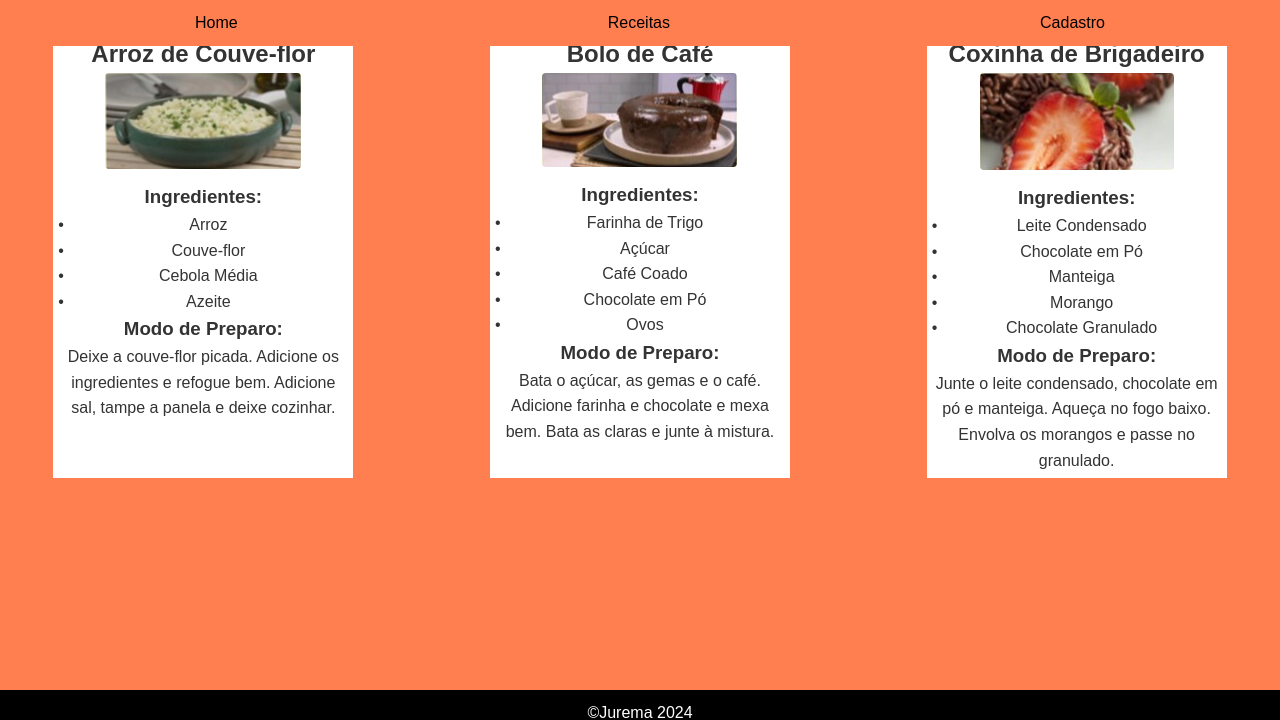
Repository: devropaes/RECEITAS
Page: OneDrive/Área de Trabalho/Estudos/Estácio/receitas/receitas.html
An editor plug-in stored every save of this project. The page is shown before and after the next save, followed by the edit.
The browser window is 1280 px wide. The pictures show the whole page.

Above is the page before, as saved 2024-03-15 17:44:43.

### OneDrive/Área de Trabalho/Estudos/Estácio/receitas/receitas.html
<!DOCTYPE html>
<html lang="pt-br">
<head>
    <meta charset="UTF-8">
    <meta http-equiv="X-UA-Compatible" content="IE=edge">
    <meta name="viewport" content="width=device-width, initial-scale=1.0">
    <link rel="stylesheet" href="formatos.css">
    <link rel="stylesheet" href="receitas.css">
    <title>Receitas</title>
</head>
<body>
  <div class="page-container">
    <header>
        <nav>
            <ul class="navlist">
                <li><a href="home.html">Home</a></li>
                <li><a href="receitas.html">Receitas</a></li>
                <li><a href="cadastro.html">Cadastro</a></li>
           </ul>
        </nav>
    </header>

    <main>
        <section class="receitas-container">
            <!-- Receita 1 -->
            <div class="receita">
                <h2>Arroz de Couve-flor</h2>
                <img src="./assets/arroz.png" alt="Arroz de Couve-flor">
                <h3>Ingredientes:</h3>
                <ul>
                    <li>Arroz</li>
                    <li>Couve-flor</li>
                    <li>Cebola Média</li>
                    <li>Azeite</li>
                </ul>
                <h3>Modo de Preparo:</h3>
                <p>Deixe a couve-flor picada. Adicione os ingredientes e refogue bem. Adicione sal, tampe a panela e deixe cozinhar.</p>
            </div>

            <!-- Receita 2 -->
            <div class="receita">
                <h2>Bolo de Café</h2>
                <img src="./assets/bolo.png" alt="Bolo de Café">
                <h3>Ingredientes:</h3>
                <ul>
                    <li>Farinha de Trigo</li>
                    <li>Açúcar</li>
                    <li>Café Coado</li>
                    <li>Chocolate em Pó</li>
                    <li>Ovos</li>
                </ul>
                <h3>Modo de Preparo:</h3>
                <p>Bata o açúcar, as gemas e o café. Adicione farinha e chocolate e mexa bem. Bata as claras e junte à mistura.</p>
            </div>

            <!-- Receita 3 -->
            <div class="receita">
                <h2>Coxinha de Brigadeiro</h2>
                <img src="./assets/brigadeiro.png" alt="Coxinha de Brigadeiro">
                <h3>Ingredientes:</h3>
                <ul>
                    <li>Leite Condensado</li>
                    <li>Chocolate em Pó</li>
                    <li>Manteiga</li>
                    <li>Morango</li>
                    <li>Chocolate Granulado</li>
                </ul>
                <h3>Modo de Preparo:</h3>
                <p>Junte o leite condensado, chocolate em pó e manteiga. Aqueça no fogo baixo. Envolva os morangos e passe no granulado.</p>
            </div>
        </section>
    </main>

    <footer class="rodape">
        <p>&copy;Jurema 2024 </p>
    </footer>

    <script src="https://code.jquery.com/jquery-3.3.1.slim.min.js" integrity="sha384-q8i/X+965DzO0rT7abK41JStQIAqVgRVzpbzo5smXKp4YfRvH+8abtTE1Pi6jizo" crossorigin="anonymous"></script>
    <script src="https://cdnjs.cloudflare.com/ajax/libs/popper.js/1.14.7/umd/popper.min.js" integrity="sha384-UO2eT0CpHqdSJQ6hJty5KVphtPhzWj9WO1clHTMGa3JDZwrnQq4sF86dIHNDz0W1" crossorigin="anonymous"></script>
    <script src="https://stackpath.bootstrapcdn.com/bootstrap/4.3.1/js/bootstrap.min.js" integrity="sha384-JjSmVgyd0p3pXB1rRibZUAYoIIy6OrQ6VrjIEaFf/nJGzIxFDsf4x0xIM+B07jRM" crossorigin="anonymous"></script>
    <script src="https://cdnjs.cloudflare.com/ajax/libs/select2/4.0.13/js/select2.min.js"></script>

    <script>
        $(document).ready(function() {
            // Aplica o Select2 ao campo de seleção de estados
            $('#estado').select2({
                placeholder: 'Escolher...',
                allowClear: true, // Permite a limpeza da seleção
            });
        });
    </script>
</body>
</html>

### OneDrive/Área de Trabalho/Estudos/Estácio/receitas/formatos.css
:root {
    --cor-primaria: #ff7f50;
    --cor-secundaria: #333;
    --cor-terciaria: #000;
    --cor-hover: #fff;
    --font-primaria: "Arial, Helvetica", sans-serif;
    --font-secundaria: "Krona-One", sans-serif;
}

* {
    margin: 0;
    padding: 0;
    box-sizing: border-box;
}

body {
    background-color: var(--cor-primaria);
    color: var(--cor-secundaria);
    font-family: var(--font-secundaria);
    font-size: 16px;
    line-height: 1.6;
    font-weight: 400;
    text-align: center;
    margin: 5px;
    padding: 5px;
}

.navlist {
    color: var(--cor-hover);
    list-style: none;
    padding: 0;
    display: flex;
    justify-content: space-around;
    max-width: 100%;
}

.navlist li {
    display: flex;
    margin: 10px;
    max-width: 100%;
}

.navlist a {
    text-decoration: none;
    color: var(--cor-terciaria);
    font-family: var(--font-primaria);
    font-size: 1em;
    font-weight: normal;
    margin: 0;
    padding: 0;
}

.logo-container {
    display: flex;
    align-items: center;
    font-size: 1em;
    margin-bottom: 50px;
    margin-top: 80px;
}

.logo {
    width: 70px;
    margin-right: 5px;
}

.receitas__tia__jurema {
    width: 80px;
    font-size: 2.5em;
    margin-bottom: 50px;
    padding: 50px;
    display: contents;
}

.content {
    display: flex;
    flex-direction: column;
    align-items: center;
    justify-content: center;
    text-align: center;
    margin-bottom: 60px;
}

.apresentacao {
    font-size: 1.5em;
    text-align: center;
    padding: 30px;
    width: 80%;
    margin: auto;
}

.apresentacao h2 {
    margin-bottom: 30px;
    padding: 30px;
    text-align: center;
}

header {
    position: fixed;
    top: 0;
    width: 100%;
    margin-top: 0;
    background-color: var(--cor-primaria);
    z-index: 1000;
}

.rodape {
    background-color: var(--cor-terciaria);
    border-color: var(--cor-hover);
    color: var(--cor-hover);
    text-align: center;
    padding: 10px;
    position: fixed;
    border-bottom: var(--cor-hover);
    left: 0;
    bottom: 0;
    width: 100%;
    height: 30px;
    max-width: 100%;
}

### OneDrive/Área de Trabalho/Estudos/Estácio/receitas/receitas.css

.apresentacao__receitas__link {
    display:contents;
    width: 100px;
    padding: 10px;
    align-items: center;
    justify-content: center:
}
.receitas-container {
    display: flex;
    flex-wrap: wrap;
    gap: 50px;
    justify-content:space-around;
    max-height: 1000px;
    overflow: auto;
    margin-top: 20px;
}
.receita {
    background-color:var(--cor-hover);
    padding: 5px;
    width: 300px;
}
.receita img {
    max-width: 100%;
    height: auto;
    border-radius: 4px;
    margin-bottom: 5px;
    margim-top: 20px;
}
.receita h2 {
    color:var(--cor-secundaria);
}

.receita h3 {
    color:var(--cor-secundaria);
}

.receita ul {
    list-style: none;
    padding: 0;
}

.receita ul li {
    position: relative;
    padding-left: 10px;
}

.receita ul li:before {
    content: "•";
    position: absolute;
    left: 0;
    color: var(--cor-secundaria);
}


.receita p {
    color:var(--cor-secundaria);
}

After the next save:
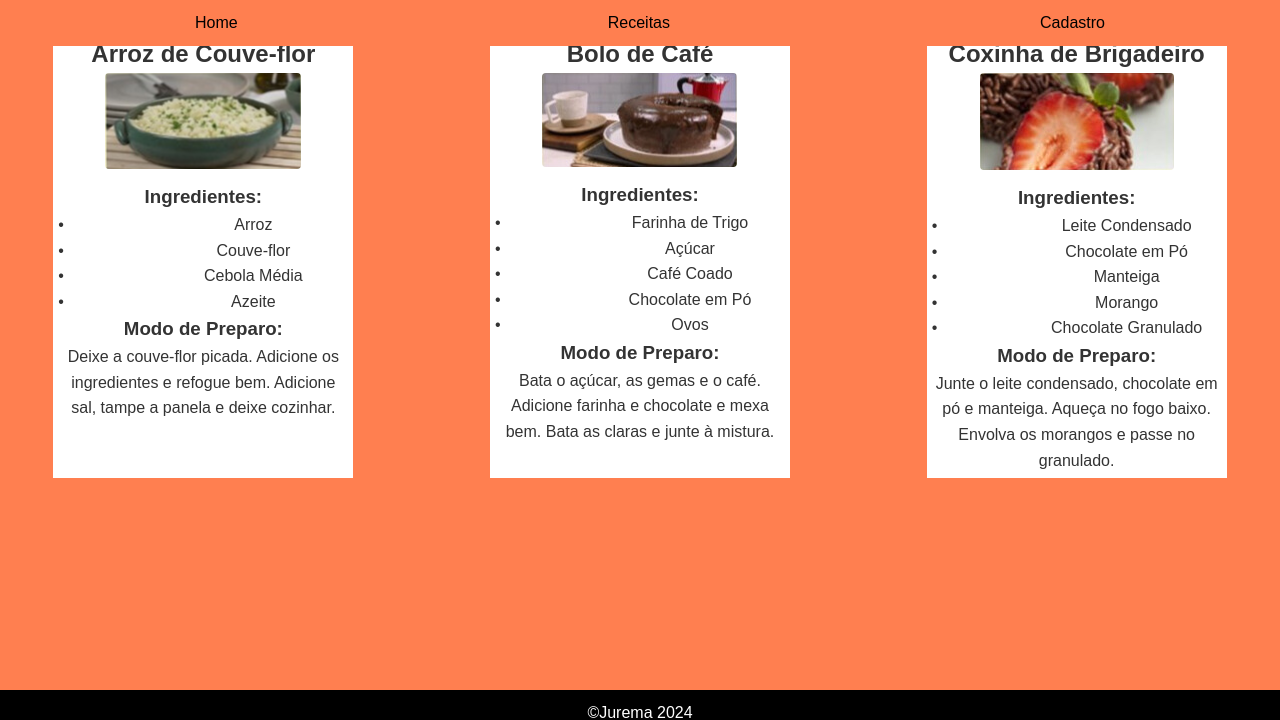
Saved 7 s later.
--- a/OneDrive/Área de Trabalho/Estudos/Estácio/receitas/receitas.css
+++ b/OneDrive/Área de Trabalho/Estudos/Estácio/receitas/receitas.css
@@ -42,7 +42,7 @@
 
 .receita ul li {
     position: relative;
-    padding-left: 10px;
+    padding-left: 100px;
 }
 
 .receita ul li:before {
